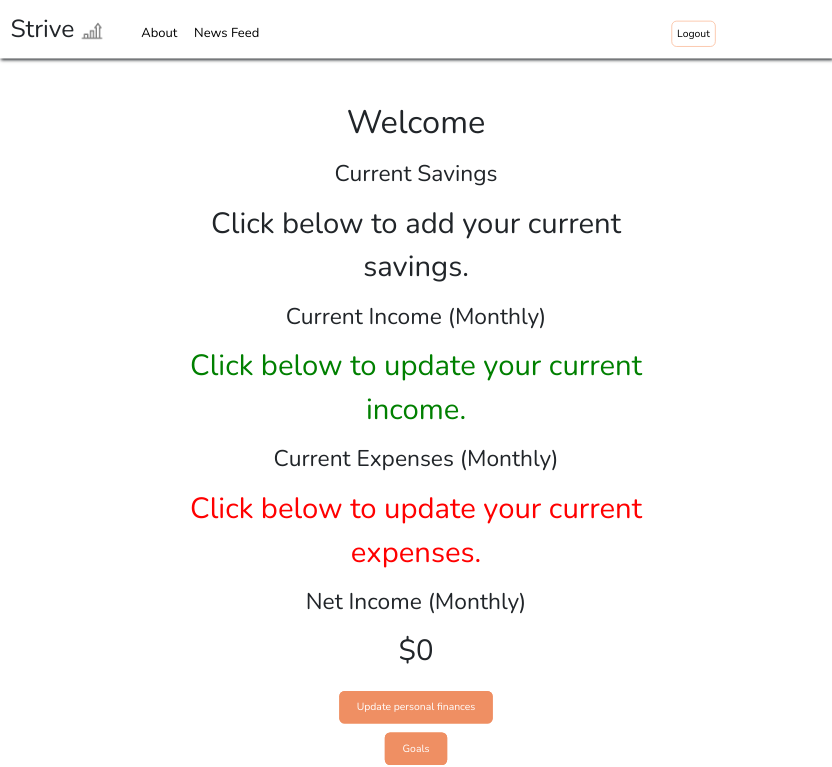
Repository: NoraOK/Strive
Page: http://localhost/strive/WEB-INF/strive/userHome.jsp
An editor plug-in stored every save of this project. The page is shown before and after the next save, followed by the edit.
The browser window is 1280 px wide. The pictures show the whole page, at 65% of full size.
The page is served by Tomcat 9. Nobody is signed in. The template is opened directly, without the code that normally fills it, so the values that code supplies are empty.

Above is the page before, as saved 2019-12-20 16:31:39.

After the next save:
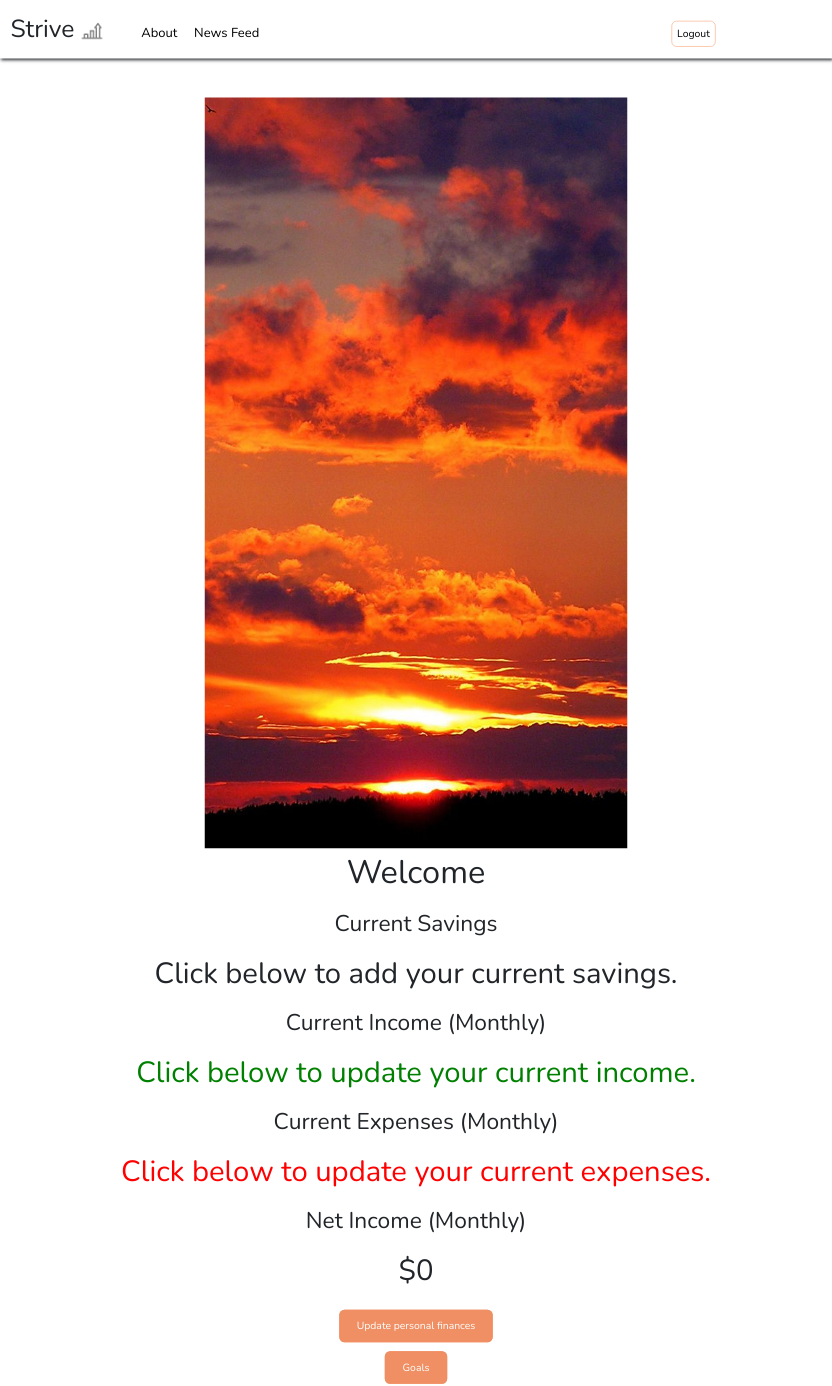
Saved 4 min 29 s later.
--- a/strive/src/main/webapp/WEB-INF/strive/userHome.jsp
+++ b/strive/src/main/webapp/WEB-INF/strive/userHome.jsp
@@ -18,7 +18,8 @@
 	<div>
 		<jsp:include page="header.jsp"/>
 	</div>
-	<div class="body container col-7">
+	<div class="body">
+		<img src="/images/fire_sunset.jpg">
 		<div class="info">
 			<p class="welcome"> Welcome <c:out value="${user.firstName}"/></p>
 			<c:choose>
